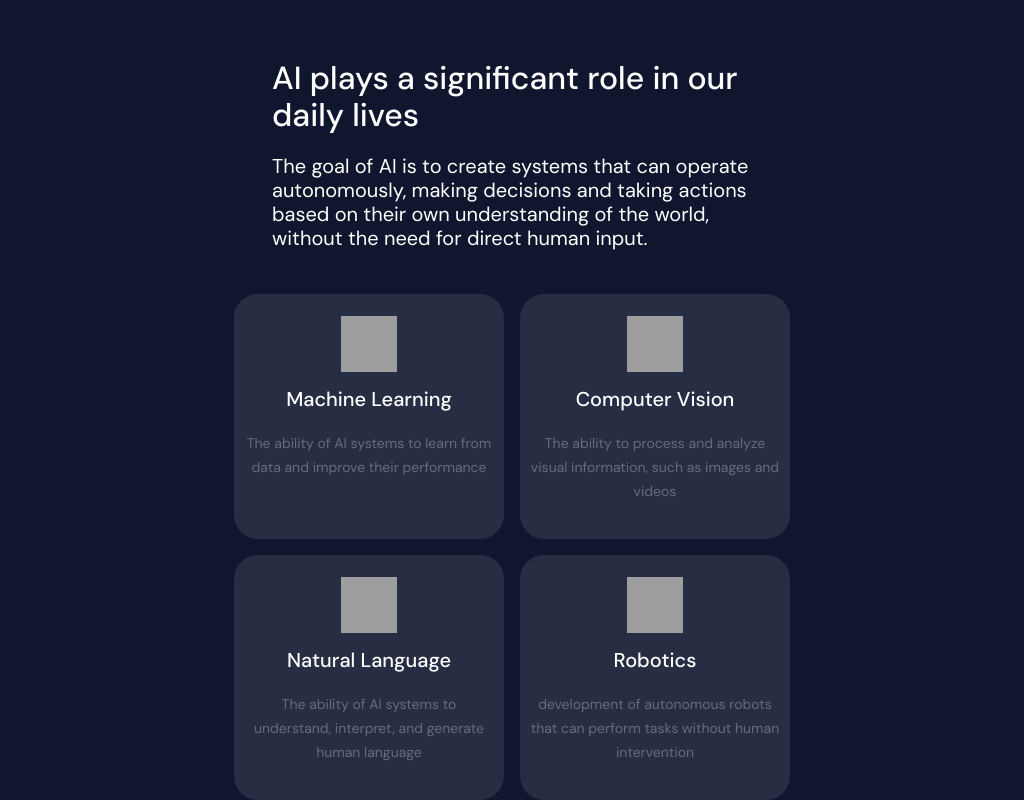
Repository: guli95/four-areas-of-AI-INVO-ACAdemy
Page: /
An editor plug-in stored every save of this project. The page is shown before and after the next save, followed by the edit.
The browser window is 1024 px wide. The pictures show the whole page.
Pictures or frames that could not be fetched are drawn as grey boxes. The project was rebuilt for these pictures with package versions that can differ from the ones it lists, and the page was loaded fresh each time.

Above is the page before, as saved 2023-03-13 15:53:59.

### index.html
<!DOCTYPE html>
<html lang="en">

<head>
  <meta charset="UTF-8" />
  <link rel="icon" type="image/svg+xml" href="/vite.svg" />
  <meta name="viewport" content="width=device-width, initial-scale=1.0" />
  <title>Four AI areas</title>
</head>

<!-- In order to start your challenge, remove all the content inside <div id="home-page"></div> and start coding :) -->

<body>
  <div id="home-page">
    <div class="flexbox-container">
      <div class="heading-wrapper">
        <h1 class="heading-title">AI plays a significant role in our daily lives</h1>
        <p class="heading-text">The goal of AI is to create systems that can operate autonomously, making decisions and taking actions based on their own understanding of the world, without the need for direct human input.</p>
      </div>
      <div class="card-container">
        <a href="" class="card-link">
        <div class="card">
          <img src="./public/images/card-icon1.png" alt="" class="card-img" role="presentation">
          <h3 class="card-title">Machine Learning</h3>
          <p class="card-text">The ability of AI systems to learn from data and improve their performance</p>
        </div>
        </a>
        <a href="" class="card-link">
        <div class="card">
          <img src="./public/images/card-icon2.png" alt="" class="card-img" role="presentation">
          <h3 class="card-title">Computer Vision</h3>
          <p class="card-text">The ability to process and analyze visual information, such as images and videos</p>
        </div>
        </a>
        <a href="" class="card-link">
        <div class="card">
          <img src="./public/images/card-icon3.png" alt="" class="card-img" role="presentation">
          <h3 class="card-title">Natural Language</h3>
          <p class="card-text">The ability of AI systems to understand, interpret, and generate human language</p>
        </div>
        </a>
        <a href="" class="card-link">
        <div class="card">
          <img src="./public/images/card-icon4.png" alt="" class="card-img" role="presentation">
          <h3 class="card-title">Robotics</h3>
          <p class="card-text">development of autonomous robots that can perform tasks without human intervention</p>
        </div>
        </a>
      </div>
    </div>
  </div>

  <script type="module" src="/src/global-scripts/main.js"></script>
</body>

</html>

### src/global-scripts/main.js
/// Main JavaScript File
/// Here we import all the global JavaScript files we need for our project.

import "../global-styles/style.scss";
import "../../src/pages/home-page/styles/home-page.scss";

### src/global-styles/style.scss
/// Main Styles File
/// Here we import all the global Styles files we need for our project.

@import "styles/normalize.scss";
@import "styles/root.scss";
@import "styles/fonts.scss";

body {
  font-family: 'DS sans', sans-serif;
  color: var(--color-primary);
}

p {
  color: var(--color-on-surface);
}

### src/pages/home-page/styles/home-page.scss
/// Homepage Styles File
/// Here we import all the Styles files we need for our Homepage.
@import '../../../global-styles/styles/_root.scss';

#home-page{
    color: var(--color-white);
    font-family: 'DM Sans',sans-serif;
    height: 100%;

 .flexbox-container{
    max-width: 1440px;
    padding: 0 20px;
    display: flex;
    justify-content: center;
    margin: 160px auto 0 auto;
    gap: 0px;
    @media screen and (max-width:1191px) {
        flex-direction:column;
        align-items: center;
        margin-top: 60px;
        gap:24px;
    }
    @media screen and (max-width:480px) {
        padding: 48px 16px;
    }
    .heading-wrapper{
        font-family: "DM Sans", sans-serif;
        text-align: left ;
        vertical-align: top;
        max-width: 480px;
        padding-left: 30px;
        padding-right: 60px;
        @media screen and (max-width:1024px) {
            width: 100%;
            padding: 0 16px;
        }
        .heading-title{
            font-size: var(--text-xl);
            font-weight: 500;
            line-height: 115%;
            letter-spacing: 0.2%;
            margin: 0 0 24px 0;
            @media screen and (max-width:1024px) {
                margin-bottom: 16px;
            }
            @media screen and (max-width:1024px) {
                font-size: var(--text-l);
            }
        }
        .heading-text{
            font-size: var(--text-m);
            line-height: 24px;
            font-weight: 300;

        }
        @media screen and (max-width:480px) {
            font-size: var(--text-s);
        }
    }
    .card-container{
        display: flex;
        justify-content: center;
        flex-wrap: wrap;
        gap: 24px;
        max-width: 620px;
        @media screen and (max-width:1024px) {
            width: 100%;
            gap:16px;
        }
        .card-link{
            display: flex;
            color: var(--color-white);
            text-decoration: none;
            flex-direction: column;
            // justify-content: space-evenly;
            align-items: center;
            max-width: 240px;
            max-width: 250px;
            min-height: 200px;
            padding: 22px 10px;
            background-color:var(--color-secondary-grey);
            text-align: center;
            border-radius: var(--rounding-big);
            transition: .2s;
            &:hover{
                background-color: lighten($color: #272D42, $amount: 10) ;
            }
            @media screen and (max-width:480px) {
                width: 100%;
                min-height:auto;
            }
            .card-img{
                width: 64px;
                height: 64px;
                @media screen and (max-width:1024px) {
                    width: 56px;
                    height: 56px;
                }
            }
            .card-title{
                font-size: var(--text-m);
                font-weight: 500;
                margin-top: 12px;
            }
            .card-text{
                font-size: var(--text-s);
                mix-blend-mode:soft-light;
                line-height: 24px;
                @media screen and (max-width:1024px) {
                    font-size: var(--text-xs);
                }
            }
        }

    }
}

}

### src/global-styles/styles/normalize.scss
/*! normalize.css v8.0.1 | MIT License | github.com/necolas/normalize.css */

/* Document
   ========================================================================== */

/**
 * 1. Correct the line height in all browsers.
 * 2. Prevent adjustments of font size after orientation changes in iOS.
 */

html {
  line-height: 1.15; /* 1 */
  -webkit-text-size-adjust: 100%; /* 2 */
  background-color: var(--color-primary-dark-blue);
}

/* Sections
   ========================================================================== */

/**
 * Remove the margin in all browsers.
 */

body {
  margin: 0;
}

/**
 * Render the `main` element consistently in IE.
 */

main {
  display: block;
}

/**
 * Correct the font size and margin on `h1` elements within `section` and
 * `article` contexts in Chrome, Firefox, and Safari.
 */

h1 {
  font-size: 2em;
  margin: 0.67em 0;
}

/* Grouping content
   ========================================================================== */

/**
 * 1. Add the correct box sizing in Firefox.
 * 2. Show the overflow in Edge and IE.
 */

hr {
  box-sizing: content-box; /* 1 */
  height: 0; /* 1 */
  overflow: visible; /* 2 */
}

/**
 * 1. Correct the inheritance and scaling of font size in all browsers.
 * 2. Correct the odd `em` font sizing in all browsers.
 */

pre {
  font-family: monospace, monospace; /* 1 */
  font-size: 1em; /* 2 */
}

/* Text-level semantics
   ========================================================================== */

/**
 * Remove the gray background on active links in IE 10.
 */

a {
  background-color: transparent;
}

/**
 * 1. Remove the bottom border in Chrome 57-
 * 2. Add the correct text decoration in Chrome, Edge, IE, Opera, and Safari.
 */

abbr[title] {
  border-bottom: none; /* 1 */
  text-decoration: underline; /* 2 */
  text-decoration: underline dotted; /* 2 */
}

/**
 * Add the correct font weight in Chrome, Edge, and Safari.
 */

b,
strong {
  font-weight: bolder;
}

/**
 * 1. Correct the inheritance and scaling of font size in all browsers.
 * 2. Correct the odd `em` font sizing in all browsers.
 */

code,
kbd,
samp {
  font-family: monospace, monospace; /* 1 */
  font-size: 1em; /* 2 */
}

/**
 * Add the correct font size in all browsers.
 */

small {
  font-size: 80%;
}

/**
 * Prevent `sub` and `sup` elements from affecting the line height in
 * all browsers.
 */

sub,
sup {
  font-size: 75%;
  line-height: 0;
  position: relative;
  vertical-align: baseline;
}

sub {
  bottom: -0.25em;
}

sup {
  top: -0.5em;
}

/* Embedded content
   ========================================================================== */

/**
 * Remove the border on images inside links in IE 10.
 */

img {
  border-style: none;
}

/* Forms
   ========================================================================== */

/**
 * 1. Change the font styles in all browsers.
 * 2. Remove the margin in Firefox and Safari.
 */

button,
input,
optgroup,
select,
textarea {
  font-family: inherit; /* 1 */
  font-size: 100%; /* 1 */
  line-height: 1.15; /* 1 */
  margin: 0; /* 2 */
}

/**
 * Show the overflow in IE.
 * 1. Show the overflow in Edge.
 */

button,
input { /* 1 */
  overflow: visible;
}

/**
 * Remove the inheritance of text transform in Edge, Firefox, and IE.
 * 1. Remove the inheritance of text transform in Firefox.
 */

button,
select { /* 1 */
  text-transform: none;
}

/**
 * Correct the inability to style clickable types in iOS and Safari.
 */

button,
[type="button"],
[type="reset"],
[type="submit"] {
  -webkit-appearance: button;
}

/**
 * Remove the inner border and padding in Firefox.
 */

button::-moz-focus-inner,
[type="button"]::-moz-focus-inner,
[type="reset"]::-moz-focus-inner,
[type="submit"]::-moz-focus-inner {
  border-style: none;
  padding: 0;
}

/**
 * Restore the focus styles unset by the previous rule.
 */

button:-moz-focusring,
[type="button"]:-moz-focusring,
[type="reset"]:-moz-focusring,
[type="submit"]:-moz-focusring {
  outline: 1px dotted ButtonText;
}

/**
 * Correct the padding in Firefox.
 */

fieldset {
  padding: 0.35em 0.75em 0.625em;
}

/**
 * 1. Correct the text wrapping in Edge and IE.
 * 2. Correct the color inheritance from `fieldset` elements in IE.
 * 3. Remove the padding so developers are not caught out when they zero out
 *    `fieldset` elements in all browsers.
 */

legend {
  box-sizing: border-box; /* 1 */
  color: inherit; /* 2 */
  display: table; /* 1 */
  max-width: 100%; /* 1 */
  padding: 0; /* 3 */
  white-space: normal; /* 1 */
}

/**
 * Add the correct vertical alignment in Chrome, Firefox, and Opera.
 */

progress {
  vertical-align: baseline;
}

/**
 * Remove the default vertical scrollbar in IE 10+.
 */

textarea {
  overflow: auto;
}

/**
 * 1. Add the correct box sizing in IE 10.
 * 2. Remove the padding in IE 10.
 */

[type="checkbox"],
[type="radio"] {
  box-sizing: border-box; /* 1 */
  padding: 0; /* 2 */
}

/**
 * Correct the cursor style of increment and decrement buttons in Chrome.
 */

[type="number"]::-webkit-inner-spin-button,
[type="number"]::-webkit-outer-spin-button {
  height: auto;
}

/**
 * 1. Correct the odd appearance in Chrome and Safari.
 * 2. Correct the outline style in Safari.
 */

[type="search"] {
  -webkit-appearance: textfield; /* 1 */
  outline-offset: -2px; /* 2 */
}

/**
 * Remove the inner padding in Chrome and Safari on macOS.
 */

[type="search"]::-webkit-search-decoration {
  -webkit-appearance: none;
}

/**
 * 1. Correct the inability to style clickable types in iOS and Safari.
 * 2. Change font properties to `inherit` in Safari.
 */

::-webkit-file-upload-button {
  -webkit-appearance: button; /* 1 */
  font: inherit; /* 2 */
}

/* Interactive
   ========================================================================== */

/*
 * Add the correct display in Edge, IE 10+, and Firefox.
 */

details {
  display: block;
}

/*
 * Add the correct display in all browsers.
 */

summary {
  display: list-item;
}

/* Misc
   ========================================================================== */

/**
 * Add the correct display in IE 10+.
 */

template {
  display: none;
}

/**
 * Add the correct display in IE 10.
 */

[hidden] {
  display: none;
}

### src/global-styles/styles/root.scss
/// Root Styles file
/// Here we define all the root variables we need for our project.
/// For examples see Material Design color system: https://m2.material.io/design/color/the-color-system.html

:root {
    $--color-primary-dark-blue: #0F162D !global;
    --color-primary-pink: #CA59FF;
    --color-primary-purple: #6C7CFF;
    --color-primary-green: #2AFFFF;
    --color-primary-yellow: #FFF629;
    --color-white: #FFFFFF;
    --color-black: #000;
    --color-secondary-grey:#272D42;

}

### src/global-styles/styles/fonts.scss
/// Main Fonts File
/// Here we import all the fonts files we need for our project.

@import url('https://fonts.googleapis.com/css2?family=Roboto:ital,wght@0,100;0,300;0,400;0,500;0,700;0,900;1,100;1,300;1,400;1,500;1,700;1,900&display=swap');
@import url('https://fonts.googleapis.com/css2?family=DM+Sans:wght@400;500&display=swap');

### src/global-styles/styles/_root.scss
/// Root Styles file
/// Here we define all the root variables we need for our project.
/// For examples see Material Design color system: https://m2.material.io/design/color/the-color-system.html

:root {
    //colors
    --color-primary-dark-blue: #0F162D ;
    --color-primary-pink: #CA59FF;
    --color-primary-purple: #6C7CFF;
    --color-primary-green: #2AFFFF;
    --color-primary-yellow: #FFF629;
    --color-white: #FFFFFF;
    --color-black: #000;
    --color-secondary-grey:#272D42;

    //font-size
    --text-xl:48px;
    --text-l:32px;
    --text-m:20px;
    --text-s:16px;
    --text-xs:14px;

    //rounding
    --rounding-big:24px;
    --rounding-small:16px;
}

After the next save:
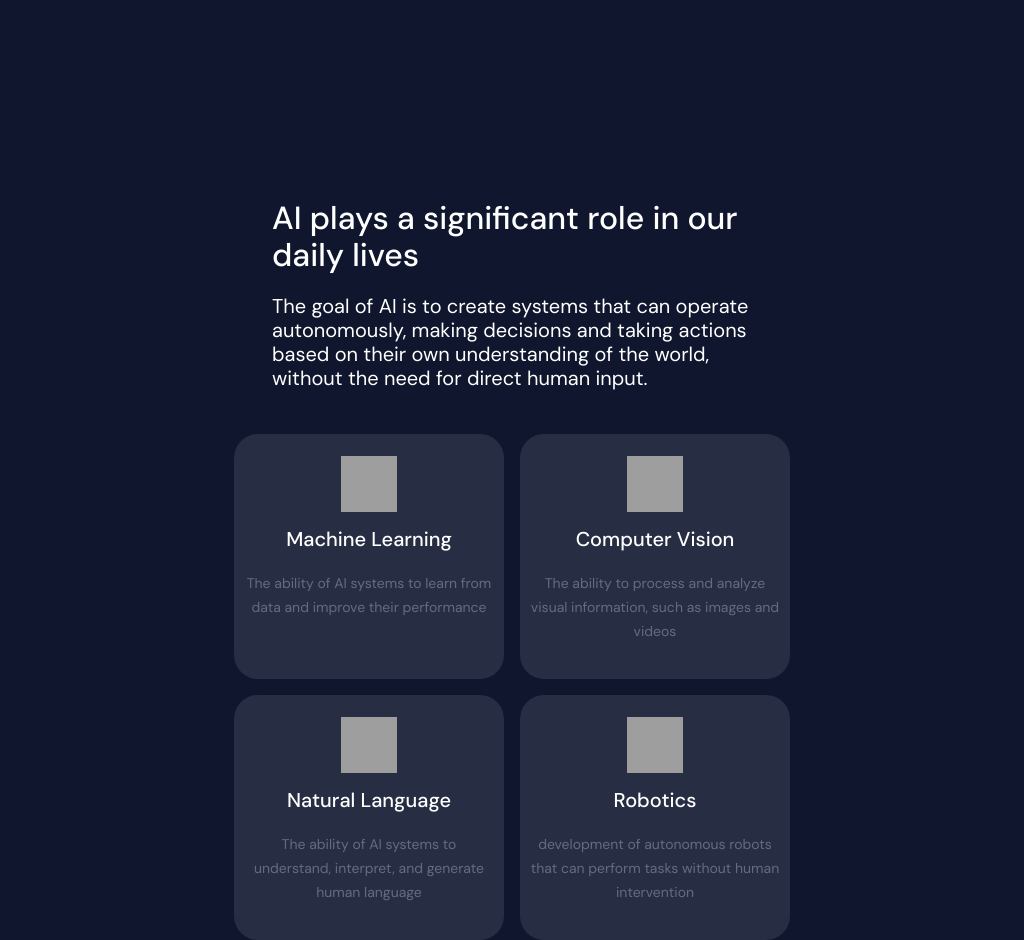
Saved 10 s later.
--- a/src/pages/home-page/styles/home-page.scss
+++ b/src/pages/home-page/styles/home-page.scss
@@ -17,7 +17,7 @@
     @media screen and (max-width:1191px) {
         flex-direction:column;
         align-items: center;
-        margin-top: 60px;
+        margin-top: 200px;
         gap:24px;
     }
     @media screen and (max-width:480px) {
